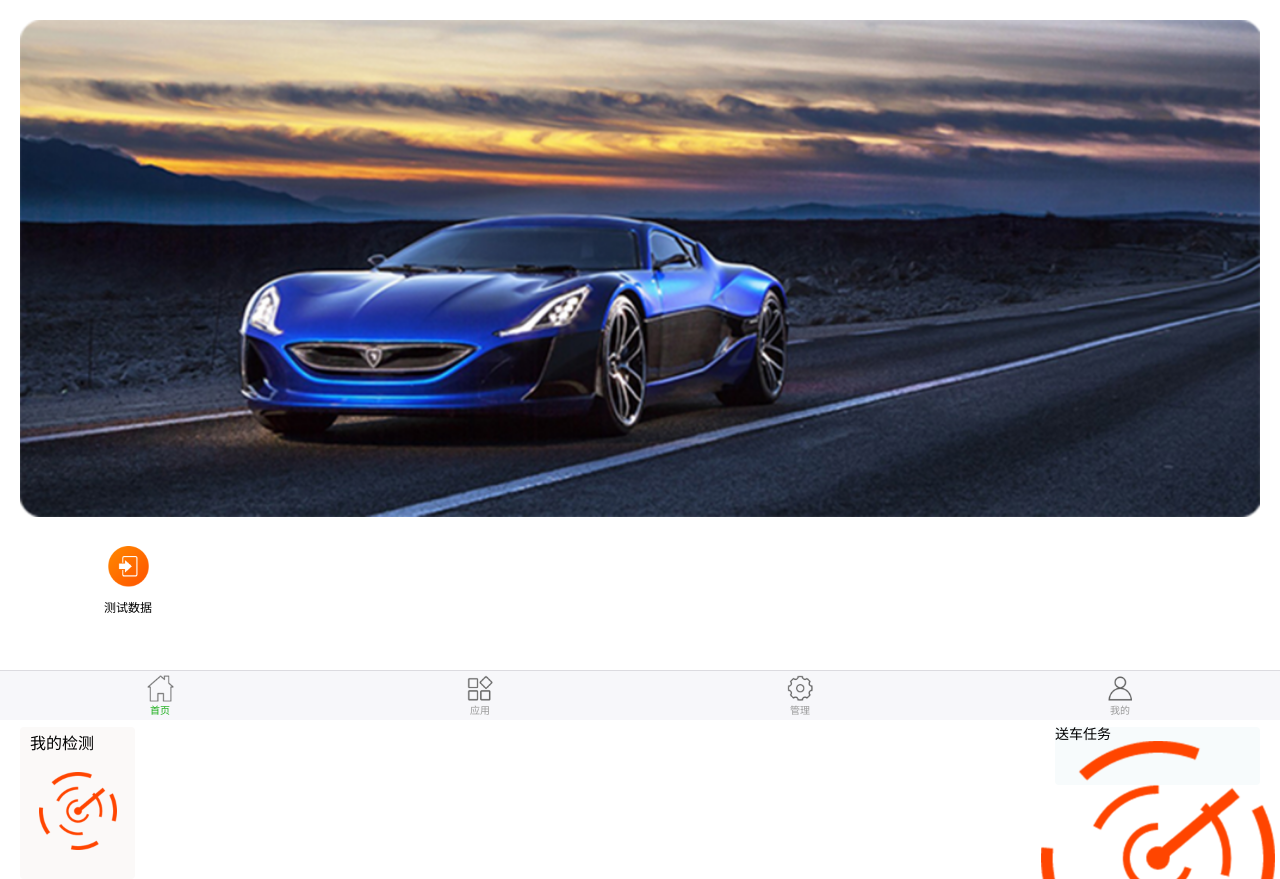
Repository: family-car/car
Page: index.html
The author's editor kept a copy of each file at every save. The page is drawn from the files as they stood at one save, then again after the next save.
The browser window is 1280 px wide. The pictures show the whole page.

Above is the page before, as saved 2020-05-11 20:46:52.

### index.html
<!-- HTML5文件 -->
<!DOCTYPE html>
<html>
<head>
	<meta charset="utf-8" />
	<meta name="viewport" content="width=device-width,minimum-scale=1.0,maximum-scale=1.0,user-scalable=no"/>
	<meta content="telephone=no,email=no" name="format-detection">
	<meta name="wap-font-scale" content="no">
	<title>商城</title>
	<!-- ui框架引入css -->
	<link href="lib/weui/weui.min.css" rel="stylesheet" type="text/css" />
	<link href="lib/weui/jquery-weui.min.css" rel="stylesheet" type="text/css" />
	<!-- 公用样式css -->
	<link href="src/css/base.css" rel="stylesheet" type="text/css" />
	<!-- 界面引入css -->
  <link href="src/css/app/index.css" rel="stylesheet" type="text/css" />
  <!-- jquery引入 -->
  <script type="text/javascript" src="lib/jquery/jquery-2.1.4.min.js"></script>
  <script type="text/javascript" src="lib/unit.js"></script>
</head>
<body>

<div class="main bot44">
  <header>

  </header>
  <div class="banner">
      <div class="bannerList"><img src="src/image/banner3x.png"/></div>
  </div>
  <!-- swiper -->
  <div class="swiper-container swpierList" slot="pagination">
    <div class="swiper-wrapper">
      <div class="swiper-slide"></div>
    </div>
    <div class="swiper-pagination"></div>
  </div>
  <!-- subject -->
  <div class="subject cf">
     <div class="fl">
       <dl class="myCheck">
         <dt>我的检测</dt>
         <dd class="flex flex-center"><img src="src/image/check.png"/></dd>
       </dl>
     </div>
     <div class="fr">
       <div class="task">
        <dl class="taskCon">
          <dt>送车任务</dt>
          <dd class="flex flex-center"><img src="src/image/check.png"/></dd>
        </dl>
       </div>
     </div>
  </div>
  <!-- footer -->
  <footer class="footer">
    <div class="weui-tabbar">
      <a href="javascript:;" class="weui-tabbar__item weui-bar__item--on">
        <div class="weui-tabbar__icon">
          <img src="src/image/index3x.png" alt="">
        </div>
        <p class="weui-tabbar__label">首页</p>
      </a>
      <a href="javascript:;" class="weui-tabbar__item">
        <div class="weui-tabbar__icon">
          <img src="src/image/apply3x.png" alt="">
        </div>
        <p class="weui-tabbar__label">应用</p>
      </a>
      <a href="javascript:;" class="weui-tabbar__item">
        <div class="weui-tabbar__icon">
          <img src="src/image/manage3x.png" alt="">
        </div>
        <p class="weui-tabbar__label">管理</p>
      </a>
      <a href="javascript:;" class="weui-tabbar__item">
        <div class="weui-tabbar__icon">
          <img src="src/image/mine3x.png" alt="">
        </div>
        <p class="weui-tabbar__label">我的</p>
      </a>
    </div>
  </footer>
</div>

<!-- jquery引入 -->
<script type="text/javascript" src="lib/jquery/swiper.js"></script>
<script type="text/javascript" src="src/js/entry/index.js"></script>
</body>
</html>

### src/css/base.css
*,
*:after,
*:before {
    -webkit-box-sizing: border-box;
    box-sizing: border-box;
}
[v-cloak] {
  display: none;
}
a,
blockquote,
body,
code,
dd,
div,
dl,
dt,
em,
fieldset,
form,
h1,
h2,
h3,
h4,
h5,
h6,
iframe,
img,
input,
label,
li,
object,
ol,
p,
q,
small,
span,
strong,
table,
tbody,
td,
th,
tr,
ul {
    margin: 0;
    padding: 0;
    border: 0;
}
input{
	outline: none;
}
body,
html {
    width: 100%;
}

body {
    margin: 0 auto;
    line-height: 1;
    font-size: 14px;
    font-family: 'STHeiti', 'Microsoft YaHei', Helvetica, Arial, sans-serif;
    -webkit-text-size-adjust: none;
    -webkit-tap-highlight-color: rgba(0, 0, 0, 0);
}

h1,
h2,
h3,
h4,
h5,
h6 {
    font-size: .28rem;
    font-weight: normal;
}

a,
a:active,
a:focus,
a:hover,
a:visited {
    text-decoration: none;
    color: #393939;
}

a,
img {
    -webkit-touch-callout: none;
}

li,
ol,
ul {
    list-style: none;
}

input[type="password"],
input[type="tel"],
input[type="text"],
select,
textarea {
    display: block;
    width: 100%;
    line-height: 1.2;
    font-size:14px;
    resize: none;
    outline: 0;
    vertical-align: middle;
    background-color: #fff;
    background-image: none;
    border: 0;
    white-space: pre-wrap;
    word-wrap: break-word;
    -webkit-appearance: none;
}

p {
    background-color: transparent;
    word-break: break-all;
}

em,
i {
    font-style: normal;
}
@font-face {
    font-family: 'iconfont';
    src: url("../font/icomoon.eot");
    src: url("../font/icomoon.eot?#iefix") format("embedded-opentype"), url("../font/icomoon.ttf") format("truetype"), url("../font/icomoon.svg#iconfont") format("svg");
}

html {
    background: #fff;
}

body {
    background: #fff;
    color: #000;
}

.fl {
    float: left;
}

.fr {
    float: right;
}

.cf:after {
    display: block;
    clear: both;
    content: "";
    visibility: hidden;
    height: 0;
}

.tr {
    text-align: right;
}

.tc {
    text-align: center;
}

.td-underline {
    text-decoration: underline;
}

.tm {
    vertical-align: middle;
}
.boxSizing{
    box-sizing:border-box;
    -moz-box-sizing:border-box; /* Firefox */
    -webkit-box-sizing:border-box;
}

.flex {
    display: -webkit-box !important;
    display: -webkit-flex !important;
    display: -ms-flexbox !important;
    display: flex !important;
    -webkit-flex-wrap: wrap;
    -ms-flex-wrap: wrap;
    flex-wrap: wrap;
}

.flex .cell {
    -webkit-box-flex: 1;
    -webkit-flex: 1;
    -ms-flex: 1;
    flex: 1;
    width: 0;
    -webkit-flex-basis: 0;
    -ms-flex-preferred-size: 0;
    flex-basis: 0;
    max-width: 100%;
    display: block;
    padding: 0 !important;
    position: relative;
}
.flex .cell2{
    -webkit-box-flex: 2;
    -webkit-flex: 2;
    -ms-flex: 2;
    flex: 2;
}


.flex .cell.hide {
    display: none;
}

.flex .flex-130 {
    -webkit-box-flex: 150!important;
    -webkit-flex: 130!important;
    -ms-flex: 130!important;
    flex: 130!important;
}

.flex .flex-200 {
    -webkit-box-flex: 200!important;
    -webkit-flex: 200!important;
    -ms-flex: 200!important;
    flex: 200!important;
}

.flex-center {
    -webkit-box-pack: center;
    -webkit-justify-content: center;
    justify-content: center;
    -webkit-box-align: center;
    -webkit-align-items: center;
    align-content: center;
}
.flex-between {
    -webkit-box-pack: center;
    -webkit-justify-content: space-between;
    justify-content: space-between;
    -webkit-box-align: center;
    -webkit-align-items: center;
    align-content: center;
}

.img-responsive {
    display: inline-block;
    width: 100%;
}

.bg-white {
    background: #fff;
}

.bg-orange {
    background: #fa462d;
}

.bg-blue {
    background: #246EBE;
}
.bg-green{color:#0BA66D;}
.bg-light-green{color:#56dfb3;}
.bg-gray {
    background: #f3f4f6;
}

.bg-light-yellow {
    background: #fbf8ec;
}

.bg-disabled {
    background: #9d9d9d;
}

.color-blue {
    color: #246EBE;
}

.color-muted {
    color: #9d9d9d;
}

.color-orange {
    color: #fa462d;
}

.color-white {
    color: #fff;
}

.color-gray {
    color: #848689;
}
.color-green{color:#0BA66D;}
.color-light-green{color:#56dfb3;}
.color-red{color:#f23030;}
.color-block{color:#393939;}

.relative {
    position: relative;
}

.overflow {
    overflow: hidden;
}

.ellipsis {
    white-space: nowrap;
    overflow: hidden;
    text-overflow: ellipsis;
}

.clamp {
    display: -webkit-box;
    overflow: hidden;
    text-overflow: ellipsis;
    -webkit-line-clamp: 2;
    -webkit-box-orient: vertical;
}

.animate {
    -webkit-animation-play-state: paused;
}

.hide {
    display: none;
}

.footbar-default .coagent span:before,
.iconfont,
.panel-selector .list li .fr:after,
.select:before {
    font-family: "iconfont" !important;
    font-size: .28rem;
    font-style: normal;
    -webkit-font-smoothing: antialiased;
    -webkit-text-stroke-width: 2px;
    -moz-osx-font-smoothing: grayscale;
}
.btn {
    display: inline-block;
    padding: .18rem .2rem;
    vertical-align: middle;
    font-size: .26rem;
    font-weight: normal;
    line-height: 1;
    text-align: center;
    white-space: nowrap;
    background-image: none;
    border: 1px solid transparent;
    border-radius: .06rem;
    cursor: pointer;
    outline: 0;
    -webkit-appearance: none;
    -webkit-user-select: none;
    -moz-user-select: none;
    -ms-user-select: none;
    user-select: none;
}

.btn-default {
    color: #393939;
    background-color: #fff;
    border-color: #ccc;
}

.btn-primary {
    color: #fff;
    background-color: #0ba66d;
    border-color: #0ba66d;
}

.btn-primary-outline {
    color: #0ba66d;
    background-color: #fff;
    border-color: #0ba66d;
}

.btn-default-outline {
    color: #393939;
    background-color: #fff;
    border-color: #d7d7d7;
}

.btn-disabled {
    color: #fff;
    background-color: #9d9d9d;
    border-color: #9d9d9d;
}

.btn-block {
    display: block;
    width: 100%;
    padding-left: 0;
    padding-right: 0;
}

.btn-primary:active {
    color: #fff;
    background-color: #0ba66d;
    border-color: #0ba66d;
}

.btn-disabled:active {
    color: #fff;
    background-color: #9d9d9d;
    border-color: #9d9d9d;
}

.btn-default:active {
    color: #393939;
    background-color: #d7d7d7;
    border-color: #d7d7d7;
}

.btn-search {
    padding: .06rem .1rem;
    margin-left: .05rem;
    line-height: .4rem;
}

.pd8 {
    padding-right: .8rem;
    padding-left: .8rem;
}

.badge-outline {
    background: #fff;
    border: 1px solid #0ba66d;
    color: #0ba66d;
}

.no_info {
    color: #9d9d9d;
    line-height: 2.2rem;
    text-align: center;
}

.footbar {
    position: fixed;
    left: 0;
    right: 0;
    bottom: 0;
    z-index: 999999;
}
.footbar-default {
    height: 1.01rem;
    background-color: #fff;
    border-top: 1px solid #d7d7d7;
}
/*字体*/
.icon-detail:before {
    content: '\e93b';
}
.icon-floder:before {
    content: '\e91b';
}
.icon-home:before {
    content: '\e901';
}
.icon-order:before {
    content: '\e908';
}
.icon-mine:before {
    content: '\e905';
}
.icon-upload::before{
    content: '\e91c';
}
.icon-add::before{
    content: '\e91e';
}
.icon-detele::before{
    content: '\e920';
}
.icon-warn::before{
    content: '\e91a';
}
.icon-arrow::before{
    content:'\e916'
}
.icon-course::before{
    content:'\e908'
}

 #loading{
     position:fixed;
     top:0;left:0;
     width:100%;height:100%;
     background: rgba(0,0,0,.7);
     z-index:999;
}
 #loading .loader-01{
     position:absolute;top:50%;left:50%;
     width:60px;height:60px;
     margin-top:-30px;
     margin-left:-30px;
     color: #fff;
}

### src/css/app/index.css
body, html {
    height: 100%;
    overflow: hidden;
}
.banner{
    padding: 20px;
}
.bannerList{
    overflow: hidden;
    width: 100%;
    border-radius: 2px;
}
.bannerList img{
    width: 100%;
    height:100%;
}
.swpierList .iconList{
    float: left;
    width: 20%;
    text-align: center;
    margin: .4rem 0;
}

.iconList img{
    height: 41px;
    width: 41px;
}
.iconList p{
    font-size: 12px;
    font-weight: 100;
    line-height: 38px;
}
.subject{
    padding: 0 20px;
}
.myCheck{
    height: 152px;
    width: 115px;
    padding: 0 10px;
    background: #FBF9F8;
    border-radius: 4px;
}
.myCheck dt{
    line-height: 34px;
    margin-bottom: 11px;
    font-size: 16px;
}
.myCheck dd img{
    height: 78px;
    width: 78px;
}
.task{
    width: 205px;
    height: 58px;
    background: #F7FBFC;
    border-radius: 4px;
}

### src/js/entry/index.js
/**  默认加载  **/
$(function () {
    var  process={
        iconList:[{name:"接车进店",image:"src/image/join3x.png"},
            {name:"维保开单",image:"src/image/repair.png"},
            {name:"快速洗车",image:"src/image/wash.png"},
            {name:"车辆检测",image:"src/image/check.png"},
            {name:"待施工",image:"src/image/construct3x.png"},
            {name:"待完工",image:"src/image/complete.png"},
            {name:"完工质检",image:"src/image/quality.png"},
            {name:"待结算",image:"src/image/account.png"},
            {name:"客户查询",image:"src/image/inquiry.png"},
            {name:"预约订单",image:"src/image/bill3x.png"},
            {name:"测试数据",image:"src/image/join3x.png"},
        ],
        init:function(){
            this.swiper();
        },
        pages () {
            const pages = []
            this.iconList.forEach((item, index) => {
              const page = Math.floor(index / 10)
              if (!pages[page]) {
                pages[page] = []
              }
              pages[page].push(item)
            })
            return pages
        },
        swiper:function () {
            /*加载轮播列表*/
            let swpier = []
            let temp = []
            $.each(this.pages(),function(n,item){
                temp.push(`<div class="swiper-slide">`);
                $.each(item,function(n,v){
                    temp.push(`<div class="iconList">`);
                    temp.push(`<img class="icon-img-content" src="${v.image}" alt="" />`);
                    temp.push(`<p class="icon-desc">${v.name}</p>`);
                    temp.push(`</div>`);
                })
                temp.push(`</div>`);
            })
            $(".swiper-wrapper").html(temp.join(''))
            /*  轮播效果加载   */
            $(".swiper-container").swiper({
                loop: true,
                autoplayDisableOnInteraction: false,
                autoplay: 3000,
                pagination: {
                    el: '.swiper-pagination',
                },
            });
        },
    };

    window.onload = function(){
        process.init();
    }


})

Loaded but not shown: lib/weui/weui.min.css (library); lib/weui/jquery-weui.min.css (library); lib/jquery/jquery-2.1.4.min.js (library); lib/unit.js (library); lib/jquery/swiper.js (library)

After the next save:
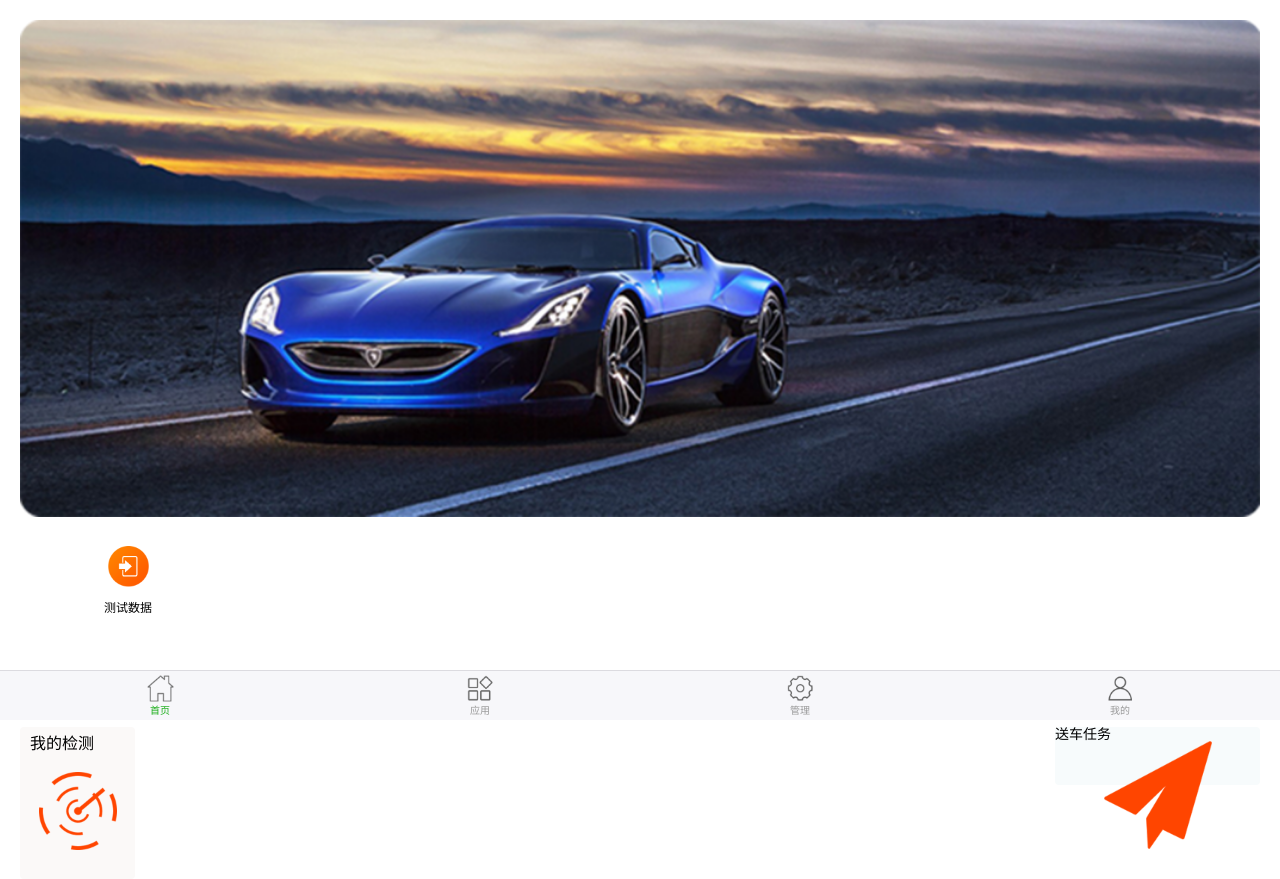
Saved 37 s later.
--- a/index.html
+++ b/index.html
@@ -46,7 +46,7 @@
        <div class="task">
         <dl class="taskCon">
           <dt>送车任务</dt>
-          <dd class="flex flex-center"><img src="src/image/check.png"/></dd>
+          <dd class="flex flex-center"><img src="src/image/task.png"/></dd>
         </dl>
        </div>
      </div>
